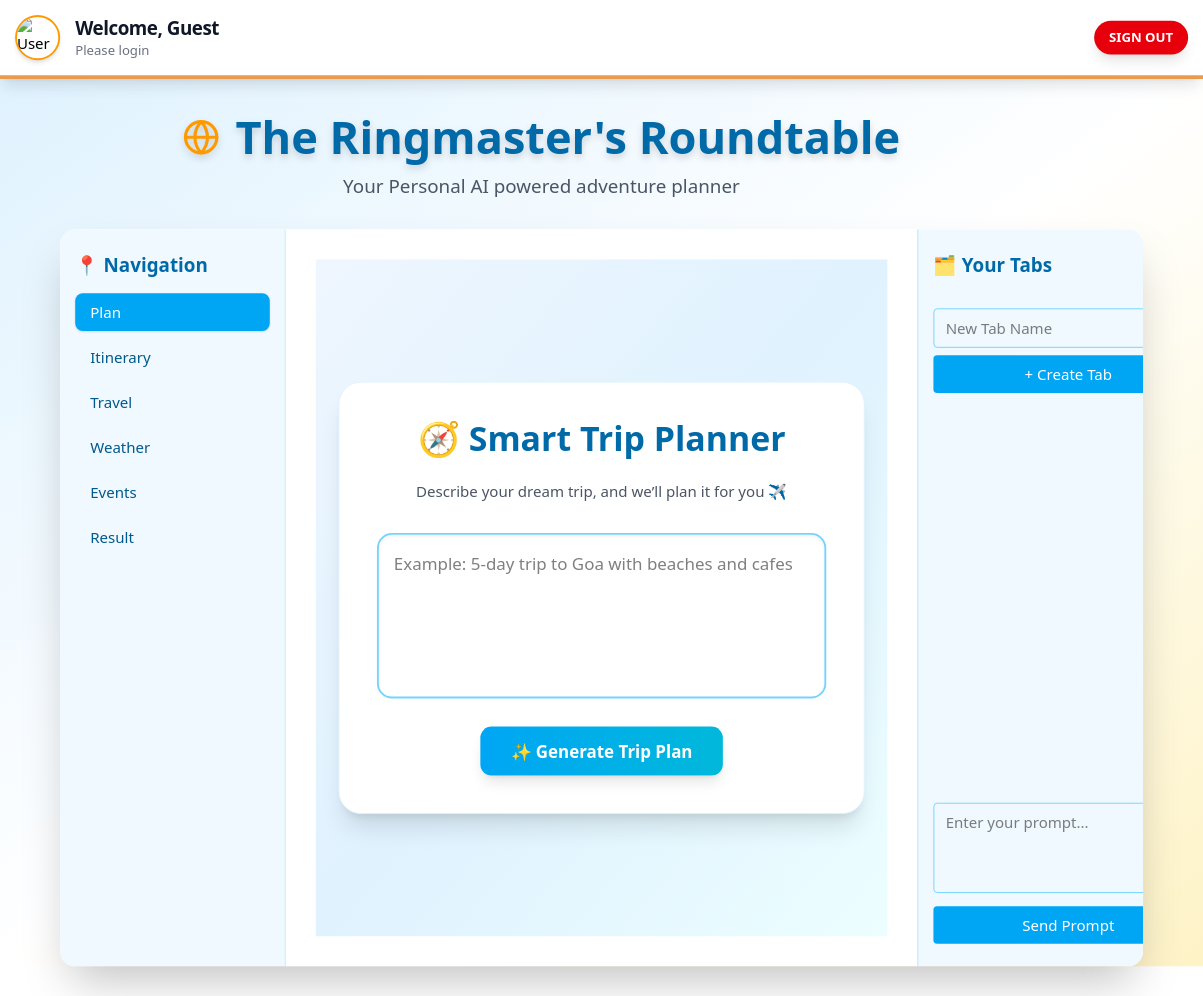
Repository: vega2006/The-Ringmaster-s-Roundtable
Page: /prompt (app in client/)
These files come from the project's save history. The page is drawn as it stood at one moment and after the next save; the edit follows.
The browser window is 1280 px wide. The pictures show the whole page, at 94% of full size.
The page's requests for data from a server got no answer. The project was rebuilt for these pictures with package versions that can differ from the ones it lists, and the page was loaded fresh each time. No one was signed in, and anything a server would have sent is missing. Also part of the build but not shown: client/vite.config.js, client/src/components/GoogleLogin.jsx, client/src/components/NotFound.jsx, client/src/components/Sidebar.jsx, client/src/components/PlanInput.jsx, client/src/components/WeatherContent.jsx, client/src/components/TravelContent.jsx, client/src/components/ItineraryContent.jsx and 8 more.

Above is the page before, as saved 2025-10-09 17:19:32.

After the next save:
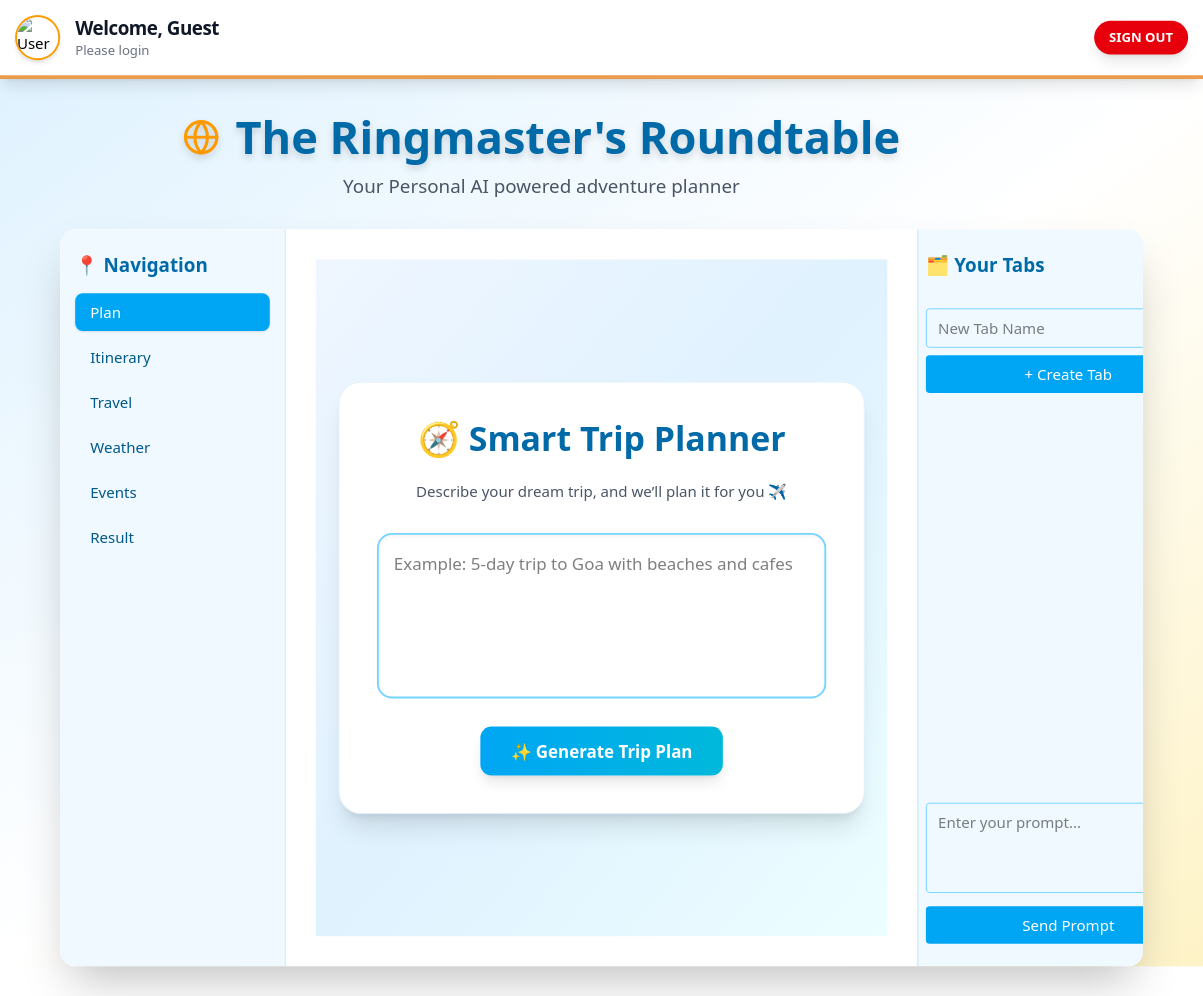
Saved 2 min 37 s later.
--- a/client/src/components/TabBar.jsx
+++ b/client/src/components/TabBar.jsx
@@ -55,7 +55,7 @@ export default function RightSidebar({ userId }) {
   };
 
   return (
-    <aside className="bg-sky-50 border-l border-sky-200 py-6 px-4 w-80 flex-shrink-0 flex flex-col">
+    <aside className="bg-sky-50 border-l border-sky-200 py-6 px-2 w-80 flex-shrink-0 flex flex-col">
       <h2 className="text-xl font-semibold mb-4 text-sky-700">🗂 Your Tabs</h2>
 
       <div className="flex flex-col space-y-2 mb-4 overflow-y-auto">
